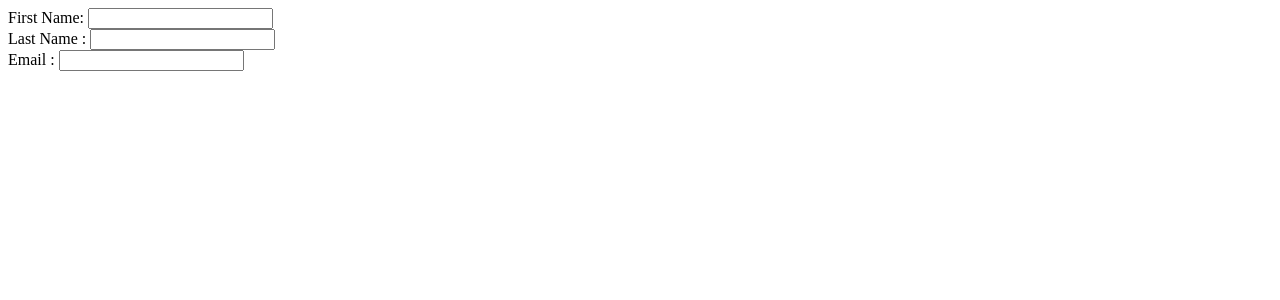
Repository: KnowledgeMarkg/Java-framerwork
Page: Servlet_JSP/ServletDem/src/main/webapp/index.html
The author's editor kept a copy of each file at every save. The page is drawn from the files as they stood at one save, then again after the next save.
The browser window is 1280 px wide. The pictures show the whole page.

Above is the page before, as saved 2023-08-16 17:01:57.

### Servlet_JSP/ServletDem/src/main/webapp/index.html
<!DOCTYPE html>
<html>
<head>
<meta charset="ISO-8859-1">
<title>Insert title here</title>
</head>
<body>
<form action= "Login" method="post">
	 First Name: <input type="text" name="fname"/> <br/>
     Last Name :  <input type="text" name="lname"/> <br/>
     Email     : <input type="text" name="email"/> <br/>
</form>
</body>
</html>

After the next save:
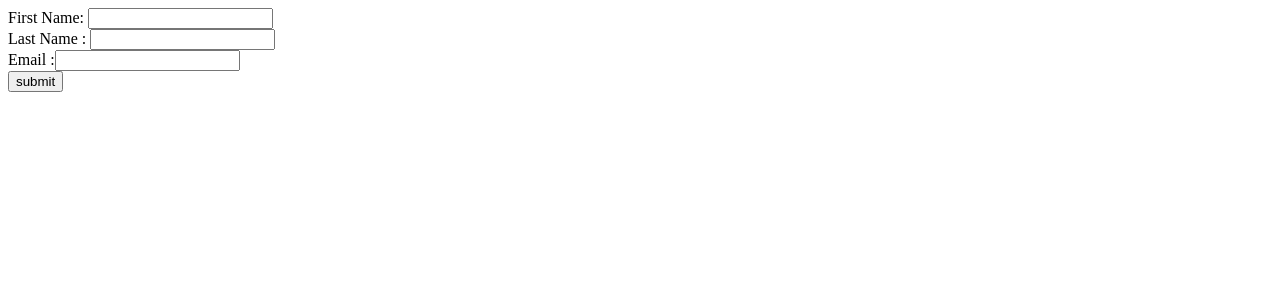
Saved 9 s later.
--- a/Servlet_JSP/ServletDem/src/main/webapp/index.html
+++ b/Servlet_JSP/ServletDem/src/main/webapp/index.html
@@ -8,7 +8,8 @@
 <form action= "Login" method="post">
 	 First Name: <input type="text" name="fname"/> <br/>
      Last Name :  <input type="text" name="lname"/> <br/>
-     Email     : <input type="text" name="email"/> <br/>
+     Email     :<input type="email" id="email" name="email"/> <br/>
+     <input type="submit" value="submit">
 </form>
 </body>
 </html>
